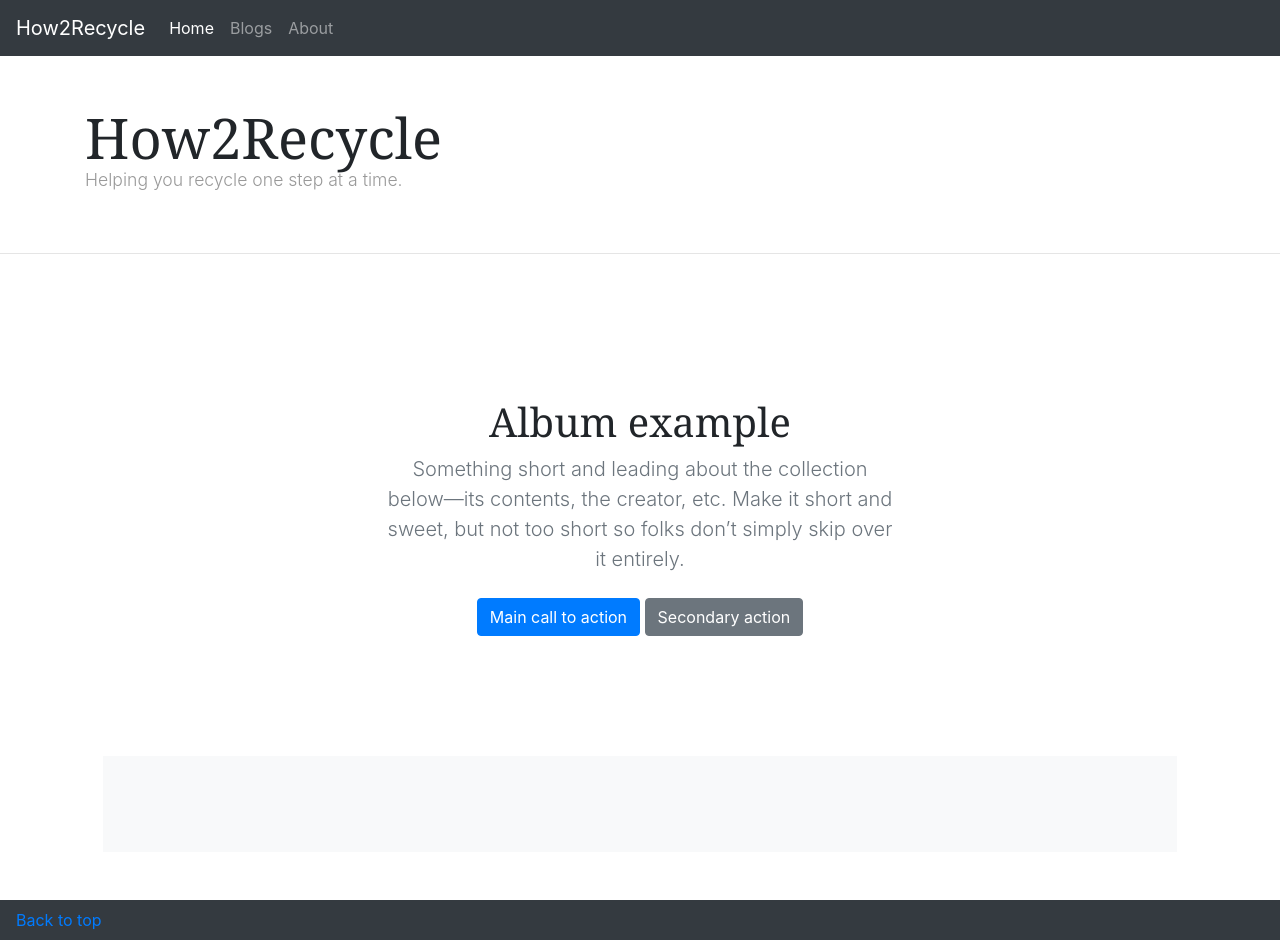
Repository: AshokSasi/CopyNPasta-Recycle-App
Page: http://localhost/
An editor plug-in stored every save of this project. The page is shown before and after the next save, followed by the edit.
The browser window is 1280 px wide. The pictures show the whole page.
The page is served by the project's Laravel application, run on PHP 8.4 with Laravel 8. Other server files are loaded and not shown. Queries for data that is not in the repository find no rows.

Above is the page before, as saved 2021-09-25 15:27:24.

### routes/web.php
<?php


Route::get('/','ItemsController@index');

Route::get('/home/{item}','ItemsController@show');

Route::get('/posts/index','PostsController@index');

Route::get('/posts/create','PostsController@create');

Route::post('/posts','PostsController@store');


Route::get('/posts/{post}','PostsController@show');

Route::post('/posts/{post}/comments','CommentsController@store');

### app/Http/Controllers/ItemsController.php
<?php

namespace App\Http\Controllers;

use Illuminate\Http\Request;
use App\Items;
class ItemsController extends Controller
{
    public function index()
    {
        $items = Items::latest()->get();

        return view('home.index',compact('items'));
    }

    public function show(Items $item)
    {

        return view('home.show',compact('item'));
    }
}

### resources/views/home/index.blade.php
@extends('layouts.master')

@section('content')


<style>
  .bd-placeholder-img {
    font-size: 1.125rem;
    text-anchor: middle;
    -webkit-user-select: none;
    -moz-user-select: none;
    user-select: none;
  }

  @media (min-width: 768px) {
    .bd-placeholder-img-lg {
      font-size: 3.5rem;
    }
  }
</style>
<main>

  <section class="py-5 text-center container">
    <div class="row py-lg-5">
      <div class="col-lg-6 col-md-8 mx-auto">
        <h1 class="fw-light">Album example</h1>
        <p class="lead text-muted">Something short and leading about the collection below—its contents, the creator, etc. Make it short and sweet, but not too short so folks don’t simply skip over it entirely.</p>
        <p>
          <a href="#" class="btn btn-primary my-2">Main call to action</a>
          <a href="#" class="btn btn-secondary my-2">Secondary action</a>
        </p>
      </div>
    </div>
  </section>

  <div class="album py-5 bg-light">
    <div class="container">

      <div class="row row-cols-1 row-cols-sm-2 row-cols-md-3 g-3">
        @php ($count = 1)
        @foreach ($items as $item)

        <div class="col">
          <div class="card shadow-sm">
            <img width="100%" height="260" src="/img/{{$item->id}}.jpg" alt="">
            <div class="card-body">
              <h4 class="card-text"> <a href="/home/{{$item->id}}" >
                {{$item->title}}</h2>
              </a></h4>
              <div class="d-flex justify-content-between align-items-center">
              </div>
            </div>
          </div>
        </div>
        @if ($count >2)
        <div class="w-100"></div>
        <br/>
        @php ($count = 1)

        @else
        @php ($count++)

        @endif

          @endforeach



      </div>
    </div>
  </div>

</main>


@endsection

### resources/views/layouts/master.blade.php

<!doctype html>
<html lang="en">
  <head>
    <meta charset="utf-8">
    <meta name="viewport" content="width=device-width, initial-scale=1, shrink-to-fit=no">
    <meta name="description" content="">
    <meta name="author" content="">
    <link rel="icon" href="/docs/4.0/assets/img/favicons/favicon.ico">

    <title>The Bootstrap Blog</title>

    <link rel="canonical" href="https://getbootstrap.com/docs/4.0/examples/album/">

    <!-- Bootstrap core CSS -->
    <link rel="stylesheet" href="https://maxcdn.bootstrapcdn.com/bootstrap/4.0.0/css/bootstrap.min.css"
    integrity="sha384-Gn5384xqQ1aoWXA+058RXPxPg6fy4IWvTNh0E263XmFcJlSAwiGgFAW/dAiS6JXm" crossorigin="anonymous">

    <!-- Custom styles for this template -->
    <link href="/css/app.css" rel="stylesheet">
  </head>

  <body>

    <header>


    @include('layouts.nav')


    </header>

<div class="container p-3 p-md-5">
  <div class="row">
    @yield('content')

  </div>

</div>
@include('layouts.footer')

    <!-- Bootstrap core JavaScript
    ================================================== -->
    <!-- Placed at the end of the document so the pages load faster -->

  </body>
</html>

### resources/views/layouts/nav.blade.php
<nav class="navbar navbar-expand-lg navbar-dark bg-dark">
  <a class="navbar-brand" href="/">How2Recycle</a>
  <button class="navbar-toggler" type="button" data-toggle="collapse" data-target="#navbarSupportedContent" aria-controls="navbarSupportedContent" aria-expanded="false" aria-label="Toggle navigation">
    <span class="navbar-toggler-icon"></span>
  </button>

  <div class="collapse navbar-collapse" id="navbarSupportedContent">
    <ul class="navbar-nav mr-auto">
      <li class="nav-item active">
        <a class="nav-link" href="/">Home <span class="sr-only">(current)</span></a>
      </li>
      <li class="nav-item">
        <a class="nav-link" href="/posts/index">Blogs</a>
      </li>
      <li class="nav-item">
        <a class="nav-link" href="#">About</a>
      </li>


    </ul>

  </div>
</nav>

<div class="blog-header p-3 p-md-5">
  <div class="container">
    <h1 class="blog-title">How2Recycle</h1>
    <p class="lead blog-description">Helping you recycle one step at a time.</p>
  </div>
</div>

### resources/views/layouts/footer.blade.php
<footer class="navbar navbar-dark bg-dark footer">
    <a href="#">Back to top</a>
  </p>
</footer>

### public/css/app.css
/* stylelint-disable selector-list-comma-newline-after */

.blog-header {
    line-height: 1;
    border-bottom: 1px solid #e5e5e5;
  }

  .blog-header-logo {
    font-family: "Playfair Display", Georgia, "Times New Roman", serif;
    font-size: 2.25rem;
  }

  .blog-header-logo:hover {
    text-decoration: none;
  }

  h1,
  h2,
  h3,
  h4,
  h5,
  h6 {
    font-family: "Playfair Display", Georgia, "Times New Roman", serif;
  }

  .display-4 {
    font-size: 2.5rem;
  }

  @media (min-width: 768px) {
    .display-4 {
      font-size: 3rem;
    }
  }

  .nav-scroller {
    position: relative;
    z-index: 2;
    height: 2.75rem;
    overflow-y: hidden;
  }

  .nav-scroller .nav {
    display: -webkit-box;
    display: -ms-flexbox;
    display: flex;
    -ms-flex-wrap: nowrap;
    flex-wrap: nowrap;
    padding-bottom: 1rem;
    margin-top: -1px;
    overflow-x: auto;
    text-align: center;
    white-space: nowrap;
    -webkit-overflow-scrolling: touch;
  }

  .nav-scroller .nav-link {
    padding-top: .75rem;
    padding-bottom: .75rem;
    font-size: .875rem;
  }

  .card-img-right {
    height: 100%;
    border-radius: 0 3px 3px 0;
  }

  .flex-auto {
    -ms-flex: 0 0 auto;
    -webkit-box-flex: 0;
    flex: 0 0 auto;
  }

  .h-250 {
    height: 250px;
  }

  @media (min-width: 768px) {
    .h-md-250 {
      height: 250px;
    }
  }

  .border-top {
    border-top: 1px solid #e5e5e5;
  }

  .border-bottom {
    border-bottom: 1px solid #e5e5e5;
  }

  .box-shadow {
    -webkit-box-shadow: 0 0.25rem 0.75rem rgba(0, 0, 0, 0.05);
            box-shadow: 0 0.25rem 0.75rem rgba(0, 0, 0, 0.05);
  }

  /*
     * Blog name and description
     */

  .blog-title {
    margin-bottom: 0;
    font-size: 2rem;
    font-weight: 400;
  }

  .blog-description {
    font-size: 1.1rem;
    color: #999;
  }

  @media (min-width: 40em) {
    .blog-title {
      font-size: 3.5rem;
    }
  }

  /* Pagination */

  .blog-pagination {
    margin-bottom: 4rem;
  }

  .blog-pagination > .btn {
    border-radius: 2rem;
  }

  /*
     * Blog posts
     */

  .blog-post {
    margin-bottom: 4rem;
  }

  .blog-post-title {
    margin-bottom: .25rem;
    font-size: 2.5rem;
  }

  .blog-post-meta {
    margin-bottom: 1.25rem;
    color: #999;
  }

  /*
     * Footer
     */

  .blog-footer {
    padding: 2.5rem 0;
    color: #999;
    text-align: center;
    background-color: #f9f9f9;
    border-top: .05rem solid #e5e5e5;
  }

  .blog-footer p:last-child {
    margin-bottom: 0;
  }

/* stylelint-disable selector-list-comma-newline-after */

.blog-header {
    line-height: 1;
    border-bottom: 1px solid #e5e5e5;
  }

  .blog-header-logo {
    font-family: "Playfair Display", Georgia, "Times New Roman", serif;
    font-size: 2.25rem;
  }

  .blog-header-logo:hover {
    text-decoration: none;
  }

  h1,
  h2,
  h3,
  h4,
  h5,
  h6 {
    font-family: "Playfair Display", Georgia, "Times New Roman", serif;
  }

  .display-4 {
    font-size: 2.5rem;
  }

  @media (min-width: 768px) {
    .display-4 {
      font-size: 3rem;
    }
  }

  .nav-scroller {
    position: relative;
    z-index: 2;
    height: 2.75rem;
    overflow-y: hidden;
  }

  .nav-scroller .nav {
    display: -webkit-box;
    display: -ms-flexbox;
    display: flex;
    -ms-flex-wrap: nowrap;
    flex-wrap: nowrap;
    padding-bottom: 1rem;
    margin-top: -1px;
    overflow-x: auto;
    text-align: center;
    white-space: nowrap;
    -webkit-overflow-scrolling: touch;
  }

  .nav-scroller .nav-link {
    padding-top: .75rem;
    padding-bottom: .75rem;
    font-size: .875rem;
  }

  .card-img-right {
    height: 100%;
    border-radius: 0 3px 3px 0;
  }

  .flex-auto {
    -ms-flex: 0 0 auto;
    -webkit-box-flex: 0;
    flex: 0 0 auto;
  }

  .h-250 {
    height: 250px;
  }

  @media (min-width: 768px) {
    .h-md-250 {
      height: 250px;
    }
  }

  .border-top {
    border-top: 1px solid #e5e5e5;
  }

  .border-bottom {
    border-bottom: 1px solid #e5e5e5;
  }

  .box-shadow {
    -webkit-box-shadow: 0 0.25rem 0.75rem rgba(0, 0, 0, 0.05);
            box-shadow: 0 0.25rem 0.75rem rgba(0, 0, 0, 0.05);
  }

  /*
     * Blog name and description
     */

  .blog-title {
    margin-bottom: 0;
    font-size: 2rem;
    font-weight: 400;
  }

  .blog-description {
    font-size: 1.1rem;
    color: #999;
  }

  @media (min-width: 40em) {
    .blog-title {
      font-size: 3.5rem;
    }
  }

  /* Pagination */

  .blog-pagination {
    margin-bottom: 4rem;
  }

  .blog-pagination > .btn {
    border-radius: 2rem;
  }

  /*
     * Blog posts
     */

  .blog-post {
    margin-bottom: 4rem;
  }

  .blog-post-title {
    margin-bottom: .25rem;
    font-size: 2.5rem;
  }

  .blog-post-meta {
    margin-bottom: 1.25rem;
    color: #999;
  }

  /*
     * Footer
     */

  .blog-footer {
    padding: 2.5rem 0;
    color: #999;
    text-align: center;
    background-color: #f9f9f9;
    border-top: .05rem solid #e5e5e5;
  }

  .blog-footer p:last-child {
    margin-bottom: 0;
  }
  .red-text{
    color:red;
  }

  /* ============================================================================================== */

Loaded but not shown: app/Http/Controllers/Controller.php (common file); app/Items.php (common file)

After the next save:
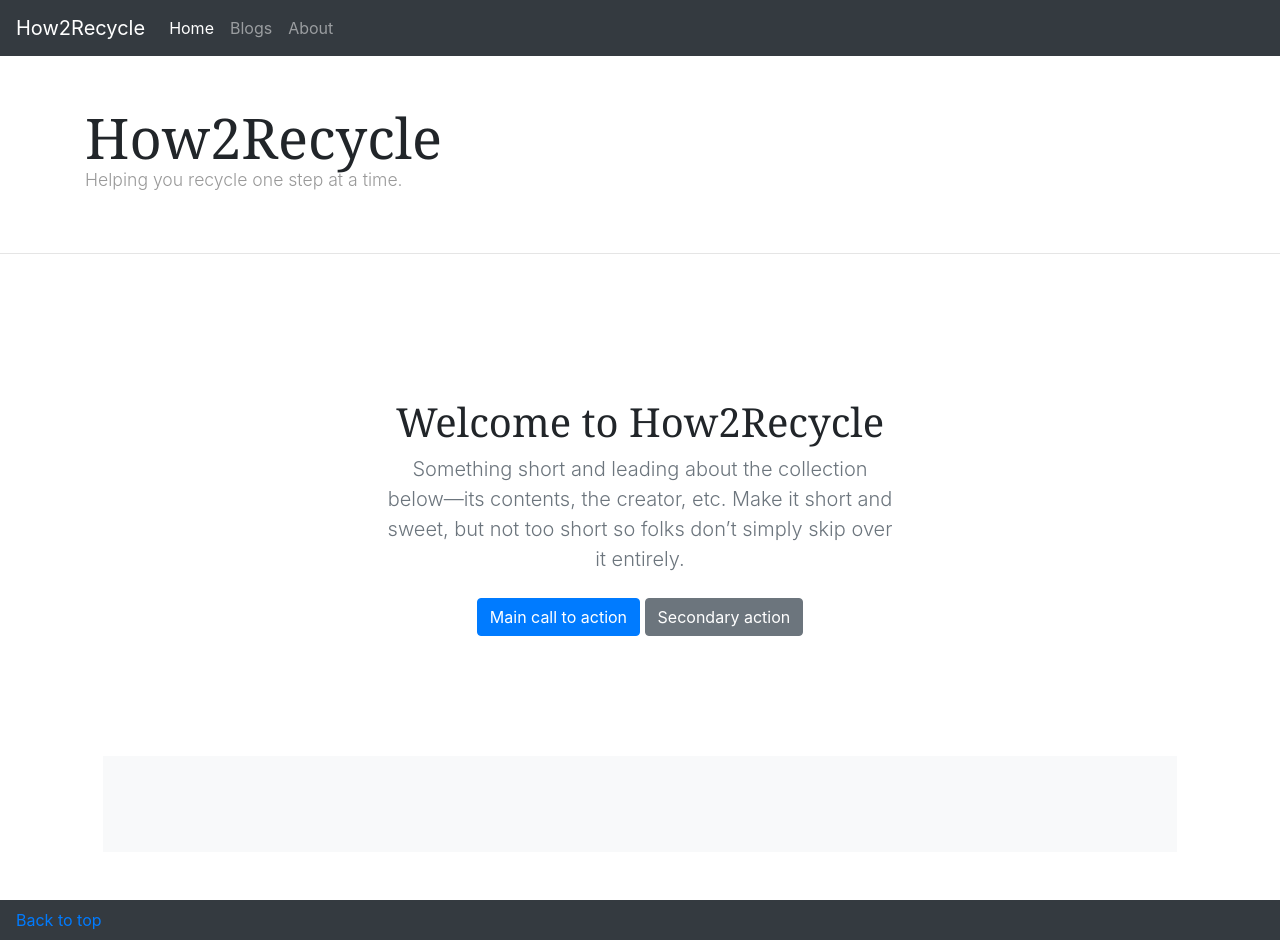
Saved 3 min 33 s later.
--- a/resources/views/home/index.blade.php
+++ b/resources/views/home/index.blade.php
@@ -23,7 +23,7 @@
   <section class="py-5 text-center container">
     <div class="row py-lg-5">
       <div class="col-lg-6 col-md-8 mx-auto">
-        <h1 class="fw-light">Album example</h1>
+        <h1 class="fw-light">Welcome to How2Recycle</h1>
         <p class="lead text-muted">Something short and leading about the collection below—its contents, the creator, etc. Make it short and sweet, but not too short so folks don’t simply skip over it entirely.</p>
         <p>
           <a href="#" class="btn btn-primary my-2">Main call to action</a>
